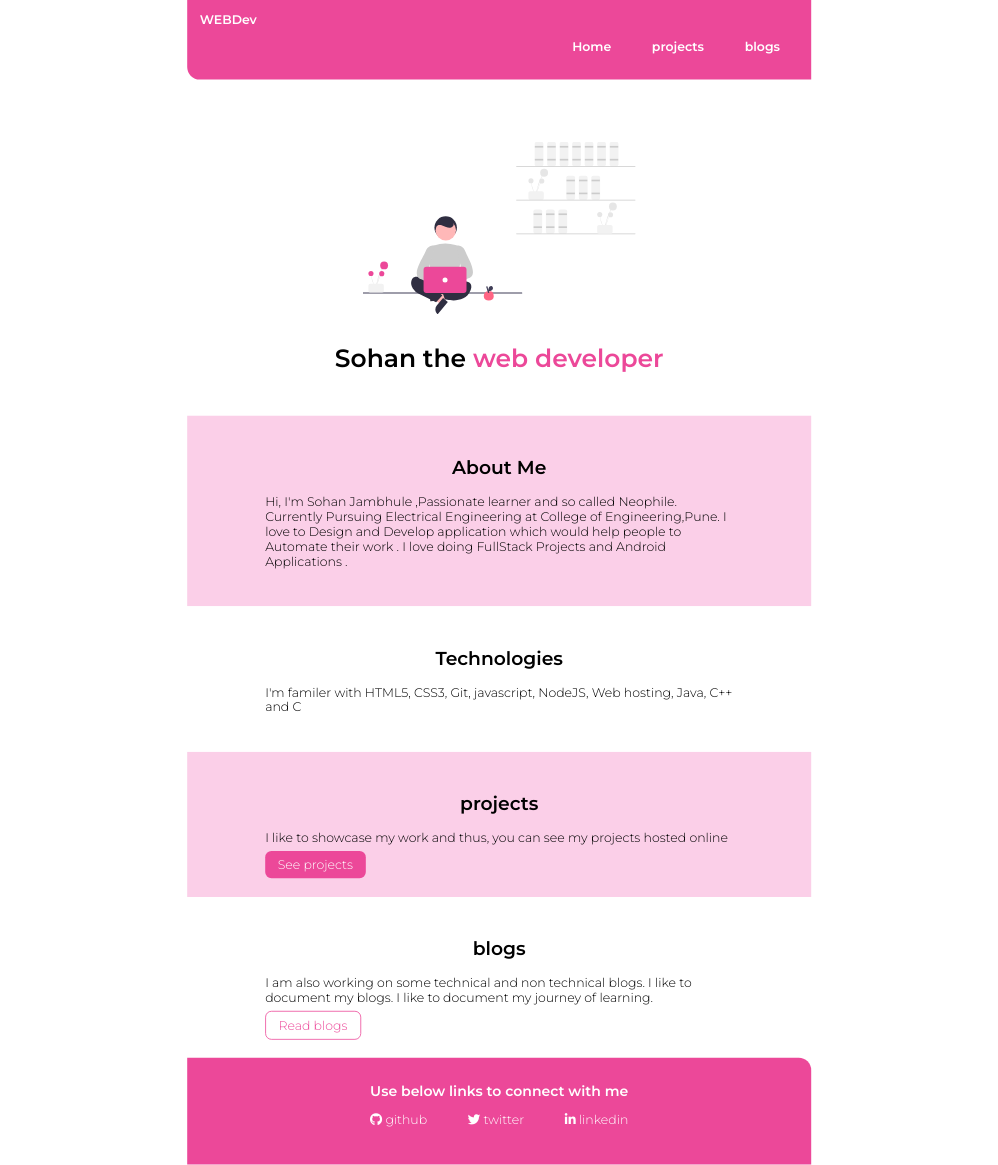
Repository: sohan2503001/Portfolio
Page: index.html
An editor plug-in stored every save of this project. The page is shown before and after the next save, followed by the edit.
The browser window is 1280 px wide. The pictures show the whole page, at 78% of full size.

Above is the page before, as saved 2021-04-12 13:14:21.

After the next save:
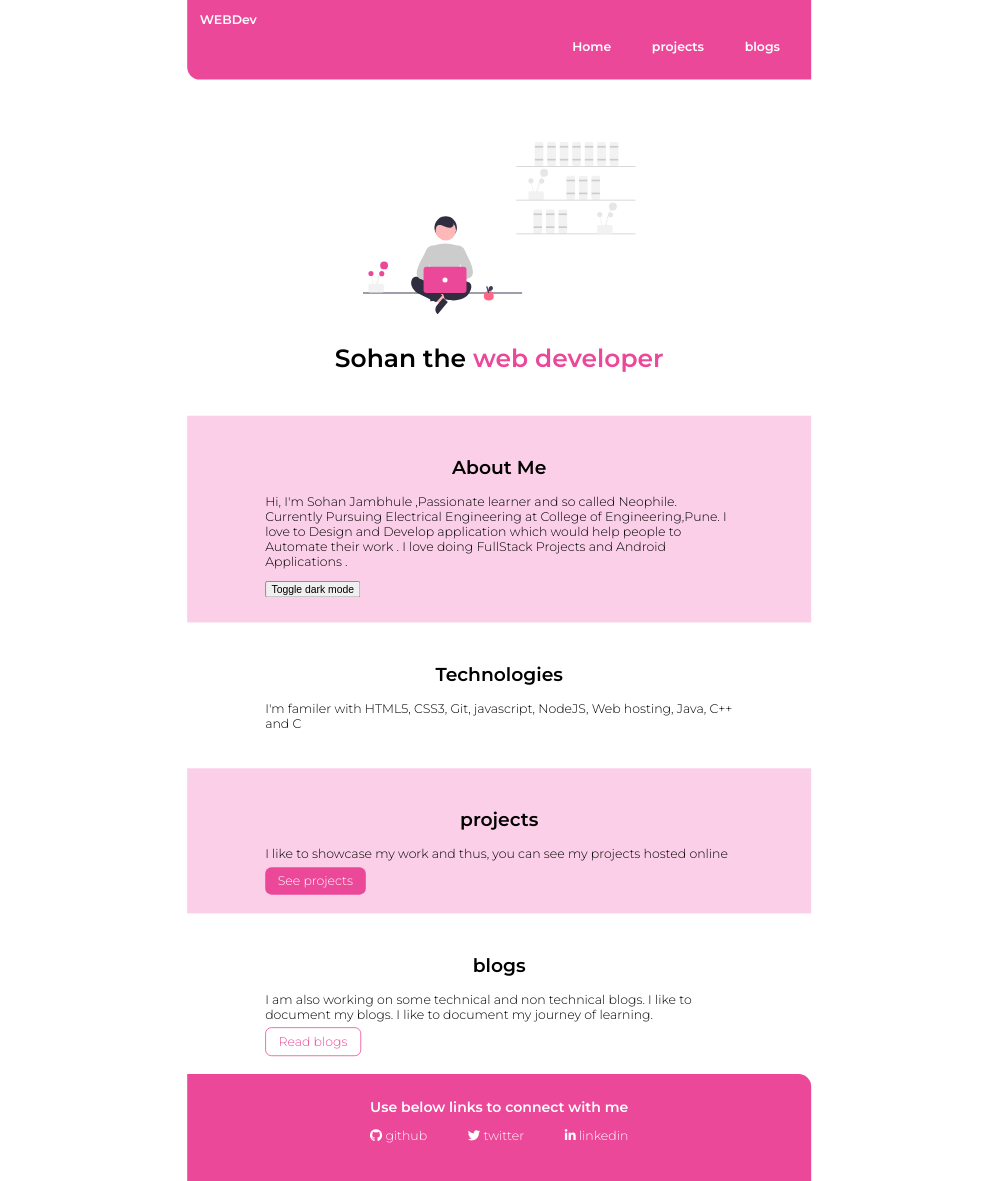
Saved 77 s later.
--- a/index.html
+++ b/index.html
@@ -44,6 +44,7 @@
         I love to Design and Develop application which would help people to Automate their work .
         I love doing FullStack Projects and Android Applications .
       </p>
+      <button onclick="myFunction()">Toggle dark mode</button>
     </div>
   </section>
 
